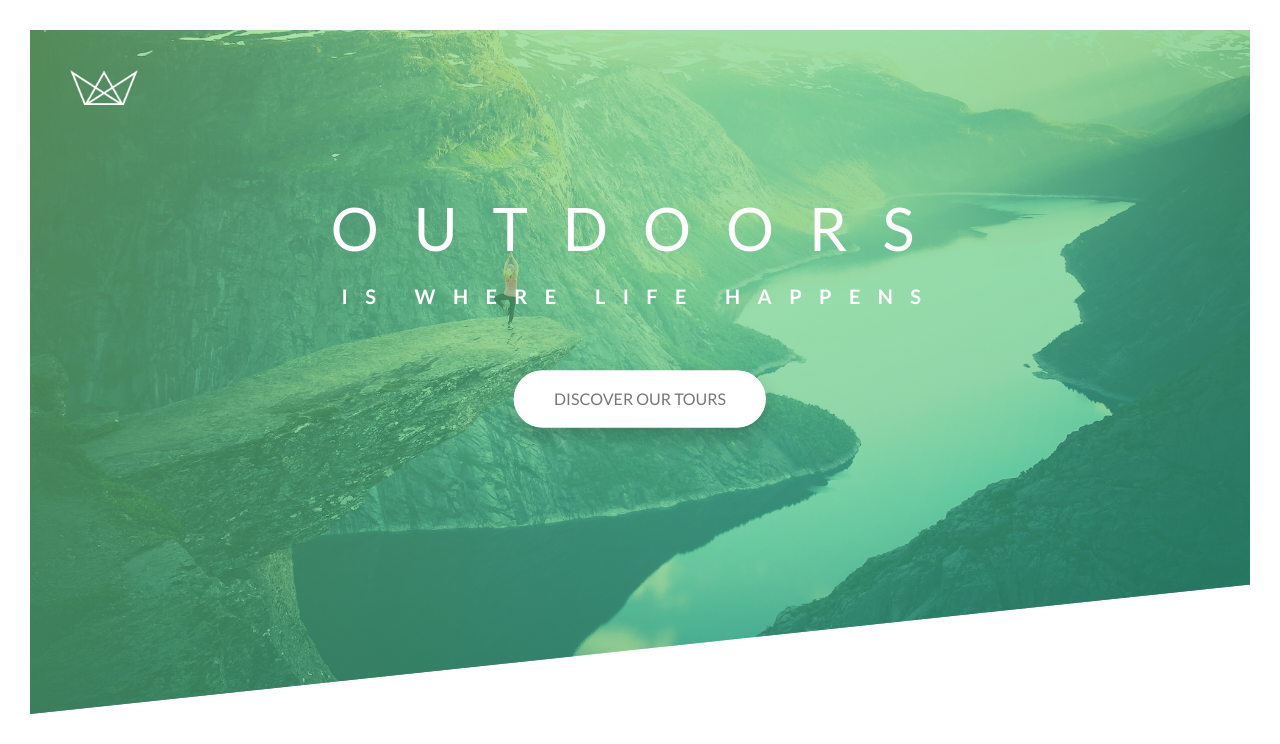
Repository: mukiSabljakovic/NatoursV1
Page: index.html
The author's editor kept a copy of each file at every save. The page is drawn from the files as they stood at one save, then again after the next save.
The browser window is 1280 px wide. The pictures show the whole page.
The pointer rests on the first visible `.btn`.
Some web libraries are served in a nearby version.

Above is the page before, as saved 2020-05-11 16:21:20.

### index.html
<!DOCTYPE html>
<html lang="en">
    <head>
        <meta charset="UTF-8">
        <meta name="viewport" content="width=device-width, initial-scale=1.0">

        <link href="https://fonts.googleapis.com/css?family=Lato:100,300,400,700,900" rel="stylesheet">

        <link rel="stylesheet" href="https://use.fontawesome.com/releases/v5.13.0/css/all.css" integrity="sha384-Bfad6CLCknfcloXFOyFnlgtENryhrpZCe29RTifKEixXQZ38WheV+i/6YWSzkz3V" crossorigin="anonymous">
        <link rel="stylesheet" href="style.css">
        <link rel="stylesheet" href="css/style.css">
        <link rel="shortcut icon" type="image/png" href="img/favicon.png">

        <title>Natours | Exciting tours for adventurous people</title>
    </head>
    <body>
       <header class="header">
           <div class="logo-box">
               <img class="logo" src="img/logo-white.png" alt="Natours Logo">
           </div>

           <div class="text-box">
               <h1 class="heading-primary">
                   <span class="heading-primary-main">Outdoors</span>
                   <span class="heading-primary-sub">is where life happens</span>
               </h1>
               <a href="#" class="btn btn-white">Discover our tours</a>
           </div>

       </header>

    </body>
</html>

### css/style.css
@import url('https://fonts.googleapis.com/css2?family=Lato:wght@300;400;900&display=swap');

/*
COLORS:

Light green: #7ed56f
Medium green: #55c57a
Dark green: #28b485

*/

/* Basic Reset */


* {
    margin: 0;
    padding: 0;
    box-sizing: border-box;
}

body {
    font-family: 'Lato', sans-serif;
    font-weight: 400;
    font-size: 16px;
    line-height: 1.7;
    color: #777;
    padding: 1.875rem;
}

.header {
    height: 95vh;
    background-image: linear-gradient(
        to right bottom,
        rgba(126, 213, 111, .6),
        rgba(40, 180, 133, .6)),
        url(../img/hero.jpg);
    background-size: cover;
    background-position: top;

    clip-path: polygon(0 0, 100% 0, 100% 77vh, 0 100%);
    position: relative;
}

.logo-box {
    position: absolute;
    top: 40px;
    left: 40px;
}

.logo {
    height: 35px;
}

.text-box {
    position: absolute;
    top: 40%;
    left: 50%;
    transform: translate(-50%, -50%);
    text-align: center;
}

.heading-primary {
    color: #fff;
    text-transform: uppercase;

    /* Fix animation shaking */
    backface-visibility: hidden;
    margin-bottom: 60px;
}

.heading-primary-main {
    display: block;
    font-size: 3.75rem;
    font-weight: 400;
    letter-spacing: 2.1875rem;

    animation-name: moveInLeft;
    animation-duration: 1s;
    animation-timing-function: ease-out;
}

.heading-primary-sub {
    display: block;
    font-size: 1.25rem;
    font-weight: 700;
    letter-spacing: 1.0875rem;

    animation: moveInRight 1s ease-out;
}

@keyframes moveInLeft {
    0% {
        opacity: 0;
        transform: translateX(-100%);
    }

    80% {
        transform: translateX(10px);
    }

    100% {
        opacity: 1;
        trannsform: translate(0);
    }
}

@keyframes moveInRight {
    0% {
        opacity: 0;
        transform: translateX(100%);
    }

    80% {
        transform: translateX(-10px);
    }

    100% {
        opacity: 1;
        transform: translate(0);
    }
}

.btn:link,
.btn:visited {
    text-transform: uppercase;
    text-decoration: none;
    padding: 15px 40px;
    display: inline-block;
    border-radius: 100px;
    transition: all .2s;
}

.btn:hover {
    transform: translateY(-3px);
    box-shadow: 0 10px 20px rgba(0, 0, 0, .2);
}

.btn:active {
    transform: translateY(-1px);
    box-shadow: 0 10px 10px rgba(0, 0, 0, .2);
}

.btn-white {
    background-color: #fff;
    color: #777;
    position: relative;
}

.btn::after {
    content: "";
    display: inline-block;
    height: 100%;
    width: 100%;
    border-radius: 100px;
    position: absolute;
    top: 0;
    left: 0;
    z-index: -1;
}

.btn-white::after {
    background-color: #fff;
}

After the next save:
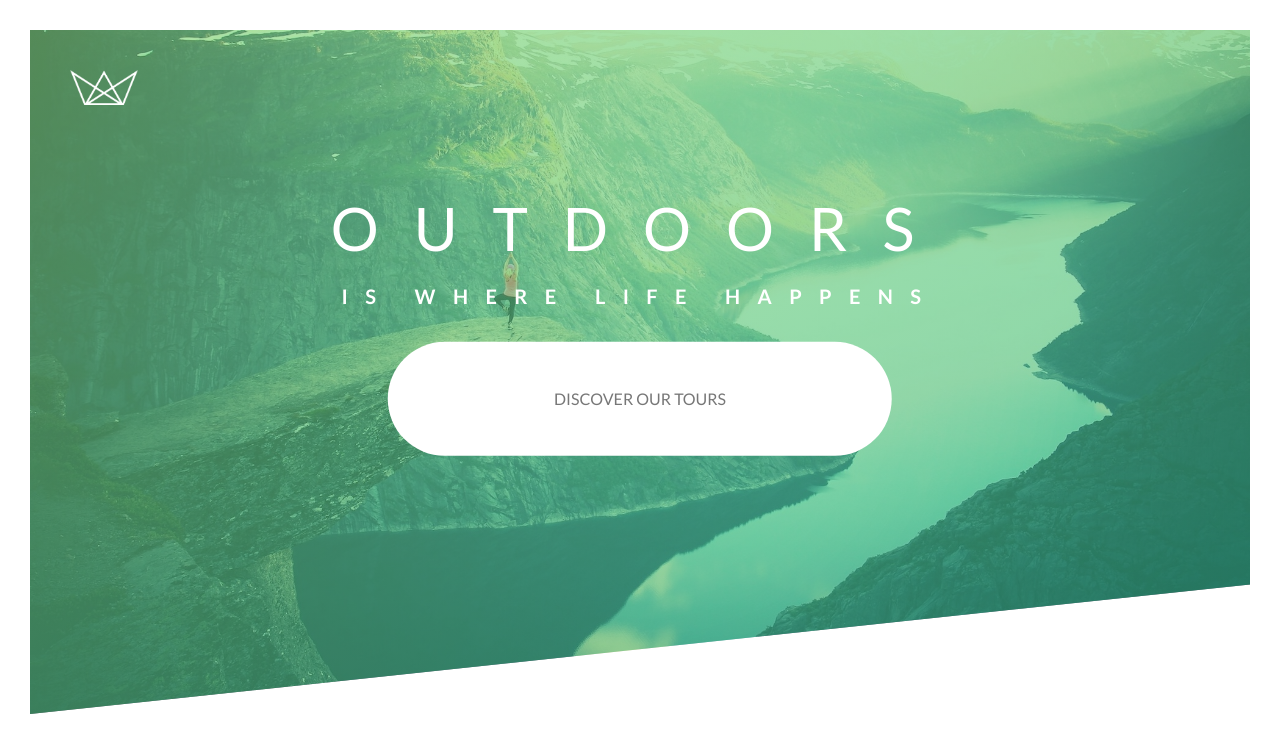
Saved 30 s later.
--- a/css/style.css
+++ b/css/style.css
@@ -161,3 +161,7 @@ body {
 .btn-white::after {
     background-color: #fff;
 }
+
+.btn:hover::after {
+    transform: scale(2);
+}
